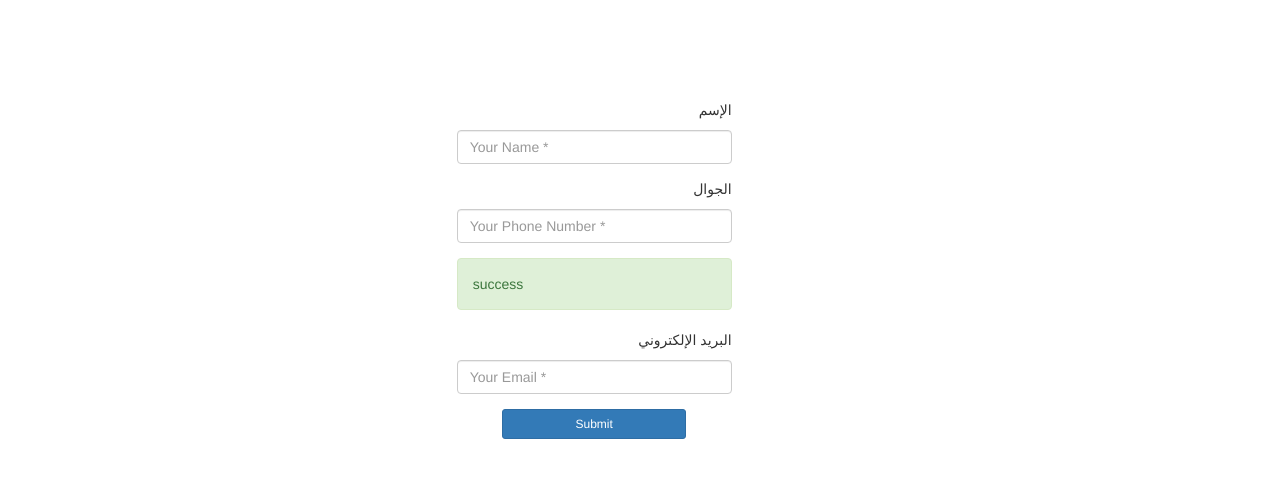
Repository: Abdaljawad-Aya/Itbeep-task
Page: http://localhost/form-user
The author's editor kept a copy of each file at every save. The page is drawn from the files as they stood at one save, then again after the next save.
The browser window is 1280 px wide. The pictures show the whole page.
The page is served by the project's Laravel application, run on PHP 8.4 with Laravel 8. Other server files are loaded and not shown.

Above is the page before, as saved 2021-03-07 21:46:03.
Console error: TypeError: $(...).validate is not a function

### singlePageApp/routes/web.php
<?php

use Illuminate\Support\Facades\Route;

/*
|--------------------------------------------------------------------------
| Web Routes
|--------------------------------------------------------------------------
|
| Here is where you can register web routes for your application. These
| routes are loaded by the RouteServiceProvider within a group which
| contains the "web" middleware group. Now create something great!
|
*/

Route::get('/', function () {
    return view('welcome');
});

Route::get('form-user', 'formController@form');
Route::post('form-user', ['as' => 'users.store', 'uses' => 'formController@formSaveData']);

### singlePageApp/app/Http/Controllers/formController.php
<?php

namespace App\Http\Controllers;

use Illuminate\Support\Facades\Mail;

use Illuminate\Http\Request;
use App\Mail\formUser;
use App\form;

class formController extends Controller
{
    /**
     * Show the application
     *
     * @return \Illuminatey\Http\Response
     */

    public function form()
    {
        return view('form-user');
    }

    /**
     * Show the application
     *
     * @return \Illuminatey\Http\Response
     */

    public function formSaveData(Request $request)

    {
        $this->validate($request, [
            'name'   => 'required',
            'email'  => 'required|email|unique:users',
            'mobile' => 'required|unique:users',
        ]);

        form::create($request->all());
        Mail::send(
            'form-user',
            array(
                'name'   => $request->get('name'),
                'mobile' => $request->get('mobile'),
                'email'  => $request->get('email'),
            ),
            function ($message) use ($request) {
                $message->from('abdaljawad.ayah94@gmail.com');
                $message->to($request->email, 'Admin')->subject($request->get('subject'));
            }
        );
        return back()->with('success', 'Thanks for contact us!');
    }
}

### singlePageApp/resources/views/form-user.blade.php
<!DOCTYPE html>
<html lang="en">
<head>
    <meta charset="UTF-8">
    <meta name="viewport" content="width=device-width, initial-scale=1.0">
    <meta http-equiv="X-UA-Compatible" content="ie=edge">
    <meta name="csrf-token" content="{{ csrf_token() }}">
    <link rel="stylesheet" href="https://maxcdn.bootstrapcdn.com/bootstrap/3.4.1/css/bootstrap.min.css">

    <script src="https://ajax.googleapis.com/ajax/libs/jquery/3.5.1/jquery.min.js"></script>
    <script src="https://maxcdn.bootstrapcdn.com/bootstrap/3.4.1/js/bootstrap.min.js"></script>
    <link rel="stylesheet" href="../views/css/style.css">
    <title>Form</title>
</head>
<body>
   <div class="container contact-form col-lg-6 col-md-offset-4" style="margin-top:100px;">
     @if (session('status'))
       <div class="alert alert-success">
           {{ session('status')}}
       </div>
    @endif
    @if (session('warning'))
    <div class="alert alert-warning">
        {{session('warning')}}
    </div>
    @endif

    <form id="user-field" method="post" action ="{{ route('users.store')}} " >
     {{-- {{ csrf_field()}} --}}
     @csrf
     <div class="col-md-6">

        {{-- NAME --}}
        <div class="form-group {{ $errors->has('name') ? ' has-error' : '' }}">
                <p style="text-align: right">الإسم</p>
            <input type="text" name="name" class="form-control" placeholder="Your Name *" required/>
             @if ($errors->has('name'))
                 <span class="help-block">
                     <strong>
                         {{ $errors->first('name')}}
                     </strong>
                 </span>
             @endif
         </div>


        {{-- MOBILE --}}

        <div class="form-group" {{$errors->has('mobile') ? 'has-error' : ''}}>
            <p style="text-align: right">الجوال</p>
         <input type="text" name="mobile" class="form-control" placeholder="Your Phone Number *" required/>

         @if ($errors->has('mobile'))
             <span class="help-block">
                 <strong>
                     {{ $errors->first('mobile')}}
                 </strong>
             </span>
         @endif
        </div>
        <div class="alert alert-success d-none" id="msg_div">
            <span id="res_message">success</span>
        </div>
         {{-- EMAIL --}}
         <div class="form-group" {{$errors->has('email') ? 'has-error' : ''}}>
             <p style="text-align: right">البريد الإلكتروني</p>
          <input type="email" name="email" class="form-control" placeholder="Your Email *" required />

            @if ($errors->has('email'))
            <span class="help-block">
                <strong>
                    {{ $errors->first('email')}}
                </strong>
            </span>
            @endif
        </div>

        <div class="form-group">

            <button id="send_form" type="submit" class="btn btn-primary btn-square btn-sm col-lg-8 col-md-offset-2" data-toggle="modal" data-target="#exampleModal" data-whatever="@getbootstrap" > Submit </button>
            {{--     this is inside the button if i want to added it --}}
        </div>
     </div>


     {{-- Popup Start --}}
    <div class="modal fade" id="exampleModal" tabindex="-1" role="dialog" aria-labelledby="exampleModalLabel" aria-hidden="true">
    <div class="modal-dialog" role="document">
        <div class="modal-content">
        <div class="modal-header">
            {{-- <h5 class="modal-title" id="exampleModalLabel">New message</h5> --}}
            <button type="button" class="close" data-dismiss="modal" aria-label="Close">
            <span aria-hidden="true">&times;</span>
            </button>
        </div>
        <div class="modal-body">
            <form>
            <div class="form-group ">
                <p style="text-align: center" >إختر عرض من العروض الاتيه</p>
                <button type="button" style=" background-color:rgb(95, 51, 95); color:#FFF;" class=" btn-square btn-sm col-lg-2 col-md-offset-2"> عرض3</button>


                <button type="button" style=" background-color:rgb(95, 51, 95); color:#FFF;"class="btn-square btn-sm col-lg-2 col-md-offset-1"> عرض2</button>


                <button type="button" style=" background-color:rgb(95, 51, 95); color:#FFF;"class="btn-square btn-sm col-lg-2 col-md-offset-1"> عرض1</button>
                 <br> <br>

                <button type="button"style=" background-color:rgb(95, 51, 95); color:#FFF;" class=" btn-square btn-sm col-lg-8 col-md-offset-2">التالي</button>
                <br> <br>

            </div>
            </form>
        </div>
        <div class="modal-footer">
            <button type="button" class="btn btn-secondary" data-dismiss="modal">إغلاق</button>

        </div>
        </div>
    </div>
</div>
     {{-- Popup End --}}


</form>
</div>


<script>
  if ($("#user-field").length > 0){
      $("#user-field").validate({
          rules: {
          name: {
          required : true,
          maxlength: 20
          },
          mobile: {
              required: true,
              digits  : true,
              minlength: 10,
              maxlength: 12,
          },
          email: {
              required :true,
              maxlength: 50,
              email: true,
          },
          },
          messages: {
              name: {
                  required : "Please enter name",
                  maxlength: "Your last nam maxlength should be 20 characters long."
              },
              mobile: {
                  required : "Please enter contact number",
                  digits   : "Please enter only numbers"  ,
                  minlength: "The contact number should be 10 digits",
                  maxlength: "The contact number should be 20 digits",
              },
              email: {
                  required : "Please enter valid email",
                  email    : "Please enter valid email",
                  maxlength: "The email name should less than or equal to 20 characters",
              },
          },
          submitHandler : function(form) {
          $.ajaxSetup({
              headers: {
                  'X-CSRF-TOKEN' : $('meta[name="csrf-token"]').attr('content')
              }
          });
          $('#send_form').html('Sending..');
          $.ajax({
              url  : 'http://127.0.0.1:8000/form-user',
              type : "POST",
              data : $('#user-field').serialize(),
              success : function( response ){
                  $('#send_form').html('submit');
                  $('#res_message').show();
                  $('#res_message').html(response.msg);
                  $('#msg_div').removeClass('d-none');
                  document.getElementById("user-field").reset();
                  setTimeout(function(){
                      $('#res_message').hide();
                      $('#msg_div').hide();
                  },10000);
                }
          });
          }
      })
  }
</script>
</body>
</html>

Loaded but not shown: singlePageApp/app/Http/Controllers/Controller.php (common file)

After the next save:
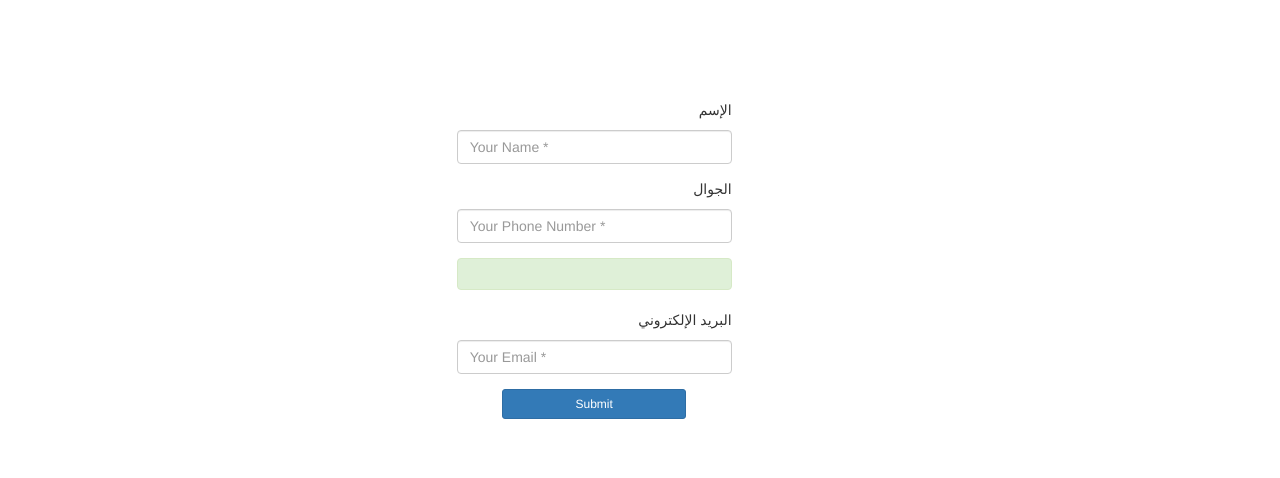
Saved 43 s later.
--- a/singlePageApp/resources/views/form-user.blade.php
+++ b/singlePageApp/resources/views/form-user.blade.php
@@ -59,7 +59,7 @@
          @endif
         </div>
         <div class="alert alert-success d-none" id="msg_div">
-            <span id="res_message">success</span>
+            <span id="res_message"></span>
         </div>
          {{-- EMAIL --}}
          <div class="form-group" {{$errors->has('email') ? 'has-error' : ''}}>
